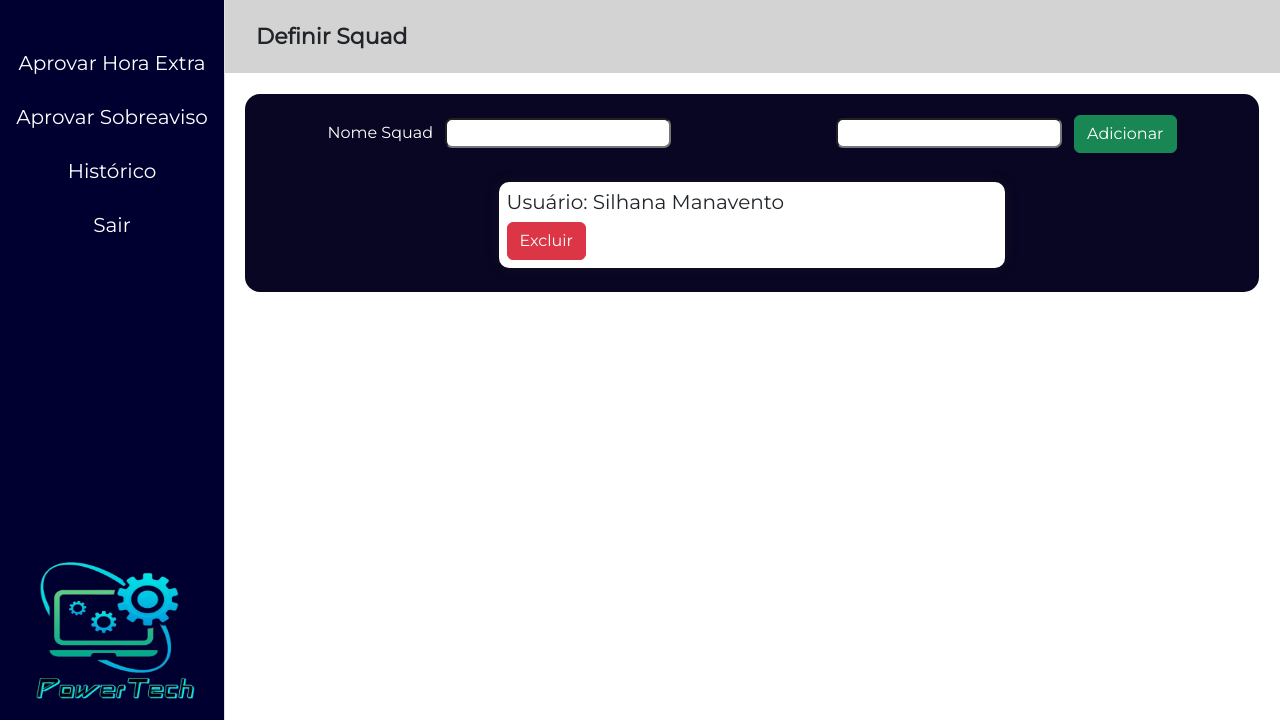
Repository: PowerTech-Fatec/API-2RP-NET
Page: /adm/squad (app in Sprint 3/2rp-web/)
These files come from the project's save history. The page is drawn as it stood at one moment and after the next save; the edit follows.
The browser window is 1280 px wide. The pictures show the whole page.
The project was rebuilt for these pictures with package versions that can differ from the ones it lists, and the page was loaded fresh each time. Also part of the build but not shown: Sprint 3/2rp-web/src/pages/login/login.js, Sprint 3/2rp-web/src/pages/home/dashboard.js, Sprint 3/2rp-web/src/pages/home/sobreaviso/sobreaviso.css, Sprint 3/2rp-web/src/pages/home/sobreaviso/sobreaviso.js, Sprint 3/2rp-web/src/pages/home/hora-extra/hora-extra.css, Sprint 3/2rp-web/src/pages/home/hora-extra/hora-extra.js, Sprint 3/2rp-web/src/components/cards/Cards.js, Sprint 3/2rp-web/src/pages/home/gestor/aprovar-hora-extra/gestor.js and 3 more.

Above is the page before, as saved 2022-11-02 16:41:26.

### Sprint 3/2rp-web/src/index.js
import React from 'react';
import ReactDOM from 'react-dom/client';
import './index.css';
import App from './App';
import reportWebVitals from './reportWebVitals';
import { BrowserRouter } from 'react-router-dom';
import 'bootstrap/dist/css/bootstrap.min.css';
import 'bootstrap-icons/font/bootstrap-icons.css';

import Popper from '@popperjs/core';
import 'bootstrap/dist/js/bootstrap.bundle.min';

const root = ReactDOM.createRoot(document.getElementById('root'));
root.render(
  <BrowserRouter>
    <App />
  </BrowserRouter>
);

// If you want to start measuring performance in your app, pass a function
// to log results (for example: reportWebVitals(console.log))
// or send to an analytics endpoint. Learn more: https://bit.ly/CRA-vitals
reportWebVitals();

### Sprint 3/2rp-web/src/App.js
import React from 'react'
import './App.css';
import { Routes, Route } from 'react-router-dom'
import Login from './pages/login/login'
import Dashboard from './pages/home/dashboard'
import Sobreaviso from './pages/home/sobreaviso/sobreaviso'
import HoraExtra from './pages/home/hora-extra/hora-extra'
import Gestor from './pages/home/gestor/aprovar-hora-extra/gestor'
import GestorSobreaviso from './pages/home/gestor/aprovar-sobreaviso/gestor-sobreaviso'
import GestorHistorico from './pages/home/gestor/historico/gestor-historico'
import Squad from './pages/home/adm/squad/def-squad'

function App() {
  return (
    <Routes>
      <Route path='/login' element={<Login />} />
      <Route path='/dashboard' element={<Dashboard />} />
      <Route path='/horaextra' element={<HoraExtra />} />
      <Route path='/sobreaviso' element={<Sobreaviso />} />
      <Route path='/gestor' element={<Gestor />} />
      <Route path='/gestor-sobreaviso' element={<GestorSobreaviso />} />
      <Route path='/gestor-historico' element={<GestorHistorico />} />
      <Route path='/adm/squad' element={<Squad />} />
      <Route path='*' element={<Login />} />
    </Routes>

  );
}

export default App;

### Sprint 3/2rp-web/src/App.css
@font-face {
    font-family: 'Montserrat';
    src: url(./assets/fonts/Montserrat-Regular.ttf);
}

*{
    font-family: 'Montserrat';
}

.ml-1{margin-left: 0.25rem;}
.ml-2{margin-left: 0.5rem;}
.ml-3{margin-left: 0.75rem;}
.ml-4{margin-left: 1rem;}
.ml-5{margin-left: 1.25rem;}

### Sprint 3/2rp-web/src/pages/home/adm/squad/def-squad.js
import Sidebar from "../../../../components/sidebar"
import Header from "../../../../components/header/header";
import Card from "../../../../components/cards/Squad"
import './def-squad.css'

import React, { Component, useEffect, useState } from 'react';


function Squad() {
    return (
        <Sidebar>
          <Header nome="Definir Squad"></Header>

          {/* linha 1: solitações, filtro */}
          <div className="background d-flex flex-column aling-itens-center">

            <div>
            <div className="col-12 d-flex justify-content-around">
            <div className="">
            <span>
            <label className="font">Nome Squad</label> <input className="squad-name mt-4 mb-4 ml-2"></input>
            </span>
            </div>




            <div className="">
            <span>
            <input className="squad-name mt-4 mb-4"></input><button type="button" class="btn btn-success ml-3">Adicionar</button>
            </span>
            </div>

            </div>


            {/* card info hora extra */}
            <div className="d-flex flex-column aling-itens-center">
            <Card
              Usuario = " Silhana Manavento"
            />

            </div>


            </div>

          </div>
        </Sidebar>
    )
}

export default Squad

### Sprint 3/2rp-web/src/pages/login/login.css
.login{
    background: #090d23
    ;
}
.fundo{
    background-color: #090d23;
    width: 300px;
    height: 50px;
    color: #fff;
}
.fundoback{
    background-color: #262d28;
}
.fundocolor{
    background-color: #090d23;
}
.background{
    background-color: #9A9696;
}
.height{
    height: 100vh;

}
.tpm{
    margin-top: 150px;
}
.input{
    width: 350px;
    height: 40px;
}
.marg{
    margin-top: 100px;
    margin-left: 180px;
}
.svg{
    margin-top: 3px;
}

### Sprint 3/2rp-web/src/components/sidebar.js
import { Drawer, useTheme } from '@mui/material'
import { Box } from '@mui/system'
import './Sidebar.css'
import { Link } from 'react-router-dom'

import React from 'react'

function Sidebar({ children }) {
    const theme = useTheme();




    return (
        <>

            <Drawer variant='permanent'>
                <Box width={theme.spacing(28)} height={theme.spacing(100)} className ='side-bar  '>
                     <div className='texto mt-5'>

                                {/* <Link to='/dashboard' className ='side-links mt-4'>
                                    Dashboard
                                </Link>
                                <Link to='/horaextra' className ='side-links mt-4'>
                                    Apontar Hora Extra
                                </Link>
                                <Link to='/sobreaviso' className ='side-links mt-4' >
                                    Apontar Sobreaviso
                                </Link> */}

                                {/* Associar a lista de link */}
                                {/* <Link to='/gestor-dashboard' className ='side-links mt-4' >
                                    Dashboard
                                </Link> */}
                                <Link to='/gestor' className ='side-links mt-4' >
                                        Aprovar Hora Extra
                                </Link>
                                <Link to='/gestor-sobreaviso' className ='side-links mt-4' >
                                    Aprovar Sobreaviso
                                </Link>
                                <Link to='/gestor-historico' className ='side-links mt-4' >
                                    Histórico
                                </Link>


                                <Link to='/login' className ='side-links mt-4' >
                                    Sair
                                </Link>

                    </div>
                    <div className='footer'>
                        <img src={require('../assets/powertech.png')} height='140px' width='160px' />
                    </div>
                </Box>
            </Drawer>

            <Box height="100vh" marginLeft={theme.spacing(28)}>
                {children}
            </Box>
        </>
    );
}

export default Sidebar

### Sprint 3/2rp-web/src/components/header/header.js
import './header.css'

import React from 'react'

function Header(props) {

    return (
        <>
            <div className='bg-title'>
                <span className='title'>{props.nome}</span>
            </div>
        </>
    );
}

export default Header

### Sprint 3/2rp-web/src/pages/home/gestor/aprovar-hora-extra/gestor.css
.background{
    margin-top: 2%;
    margin-left: 2%;
    margin-right: 2%;
    border-radius: 15px;

    background-color: #080622;
}

/* .filtro{
    width: 20%;
} */

/* /* .soli{
    margin-left: 15%;
} */

.filtroLabel{
    margin-left: 37%;
} */

.font{
    color: white;
}

### Sprint 3/2rp-web/src/pages/home/gestor/aprovar-sobreaviso/gestor-sobreaviso.css
.background{
    margin-top: 2%;
    margin-left: 2%;
    margin-right: 2%;
    border-radius: 15px;

    background-color: #080622;
}

.filtro{
    width: 20%;
}

.soli{
    margin-left: 15%;
}

.filtroLabel{
    margin-left: 37%;
}

.font{
    color: white;
}

### Sprint 3/2rp-web/src/pages/home/gestor/historico/gestor-historico.css
.background{
    margin-top: 2%;
    margin-left: 2%;
    margin-right: 2%;
    border-radius:   15px;

    background-color: #080622;
}

.filtro{
    width: 20%;
}

.soli{
    margin-left: 15%;
}

.filtroLabel{
    margin-left: 37%;
}

.font{
    color: white;
}

### Sprint 3/2rp-web/src/components/cards/Squad.js
import React from "react";
import './Squad.css'

function Card(props) {
    return(
        <div className="card-container mb-4 col-6 offset-3">
            <div className="card-content">

            <div className="card-title ml-2 mt-2">
                <span>
                <h5>Usuário: {props.Usuario}</h5>
                <button type="button" class="btn btn-danger mb-2">Excluir</button>
                </span>
            </div>

            </div>

        </div>
    )
}

export default Card

### Sprint 3/2rp-web/src/pages/home/adm/squad/def-squad.css
.background{
    margin-top: 2%;
    margin-left: 2%;
    margin-right: 2%;
    border-radius: 15px;

    background-color: #080622;
}

.filtro{
    width: 20%;
}

/* .soli{
    margin-left: 15%;
} */

/* .filtroLabel{
    margin-left: 37%;
} */

.font{
    color: white;
}

.squad-name{
    border-radius: 7px;
}

### Sprint 3/2rp-web/src/components/Sidebar.css
.side-links {
    color: #fff;
    text-decoration: none;
    font-size: 20px;
    display: flex;
    justify-content: center;
}

.side-bar {
    background-color: #000030;
}

.footer{
    margin-bottom: 20px;
    margin-left: 35px;
    position: absolute;
    bottom: 0;
}

### Sprint 3/2rp-web/src/components/header/header.css
.bg-title{
    background-color: lightgray;
    padding: 20px 0px;
}

.title{
    font-size: 22px;
    font-weight: bold;
    margin-left: 2rem;
}

### Sprint 3/2rp-web/src/components/cards/Cards.css
.card-container{
    width: 900px;
    overflow: hidden;
    box-shadow: 0px 0px 15px -5px;
    border-radius: 10px;
    /* margin-left: 15%; */
    margin-top: 10px;

    background-color: white;
}

### Sprint 3/2rp-web/src/components/cards/Squad.css
.card-container{
    width: 600px;
    overflow: hidden;
    box-shadow: 0px 0px 15px -5px;
    border-radius: 10px;
    /* margin-left: 15%; */
    margin-top: 10px;

    background-color: white;
}

Loaded but not shown: Sprint 3/2rp-web/public/index.html (common file); Sprint 3/2rp-web/src/index.css (common file); Sprint 3/2rp-web/src/reportWebVitals.js (common file)

After the next save:
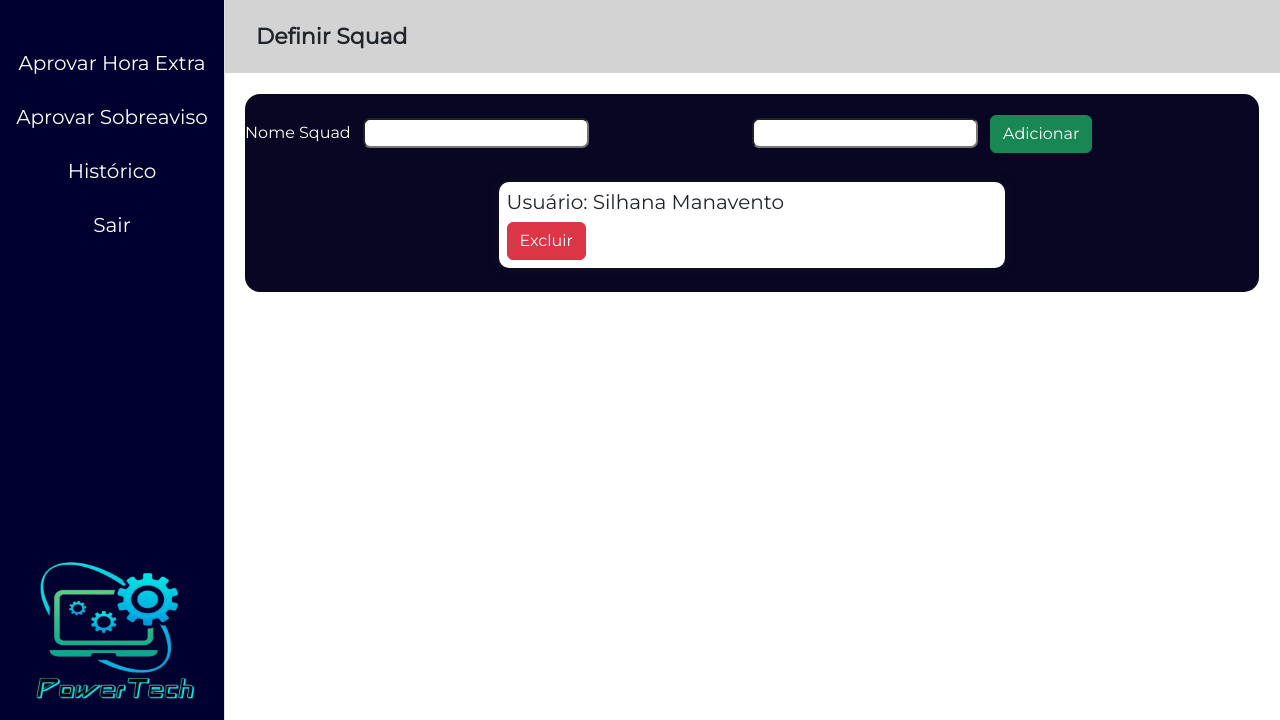
Saved 6 s later.
--- a/Sprint 3/2rp-web/src/pages/home/adm/squad/def-squad.js
+++ b/Sprint 3/2rp-web/src/pages/home/adm/squad/def-squad.js
@@ -16,7 +16,7 @@ function Squad() {
 
             <div>
             <div className="col-12 d-flex justify-content-around">
-            <div className="">
+            <div className="col-6">
             <span>
             <label className="font">Nome Squad</label> <input className="squad-name mt-4 mb-4 ml-2"></input>
             </span>
@@ -25,7 +25,7 @@ function Squad() {
 
 
 
-            <div className="">
+            <div className="col-6">
             <span>
             <input className="squad-name mt-4 mb-4"></input><button type="button" class="btn btn-success ml-3">Adicionar</button>
             </span>
